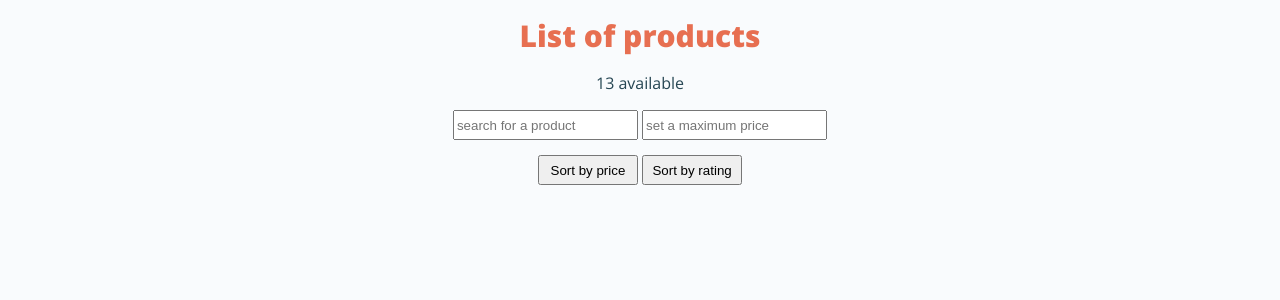
Repository: andrii1/hyf-homework
Page: javascript/javascript2/week2/hyf-bay/index.html
An editor plug-in stored every save of this project. The page is shown before and after the next save, followed by the edit.
The browser window is 1280 px wide. The pictures show the whole page.
Some web libraries are served in a nearby version.

Above is the page before, as saved 2022-07-06 13:13:54.

After the next save:
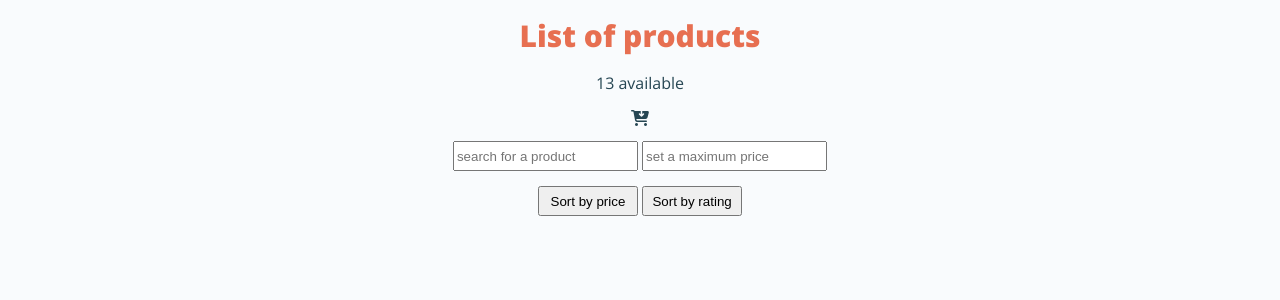
Saved 42 s later.
--- a/javascript/javascript2/week2/hyf-bay/index.html
+++ b/javascript/javascript2/week2/hyf-bay/index.html
@@ -17,6 +17,7 @@
     <section class="box-products">
       <h1>List of products</h1>
       <p id="count-products"></p>
+      <i class="fa-solid fa-cart-arrow-down"></i>
       <form action="#" class="form">
         <input type="text" id="search" placeholder="search for a product" />
         <input

After the save that followed:
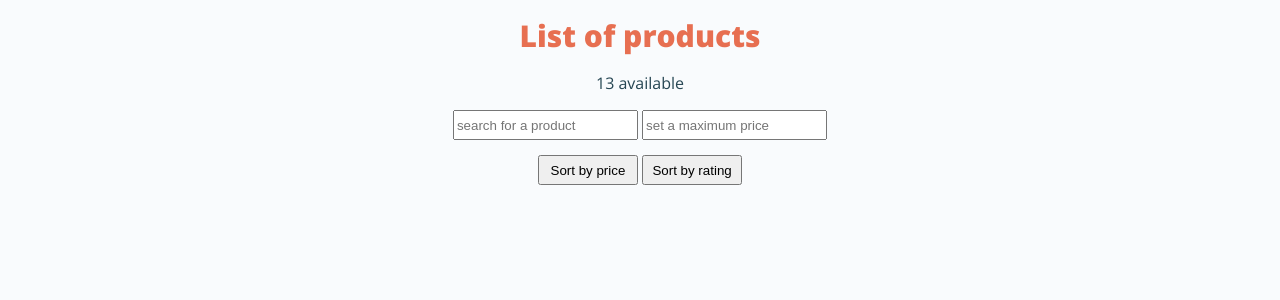
Saved 18 s later.
--- a/javascript/javascript2/week2/hyf-bay/index.html
+++ b/javascript/javascript2/week2/hyf-bay/index.html
@@ -17,7 +17,7 @@
     <section class="box-products">
       <h1>List of products</h1>
       <p id="count-products"></p>
-      <i class="fa-solid fa-cart-arrow-down"></i>
+
       <form action="#" class="form">
         <input type="text" id="search" placeholder="search for a product" />
         <input
